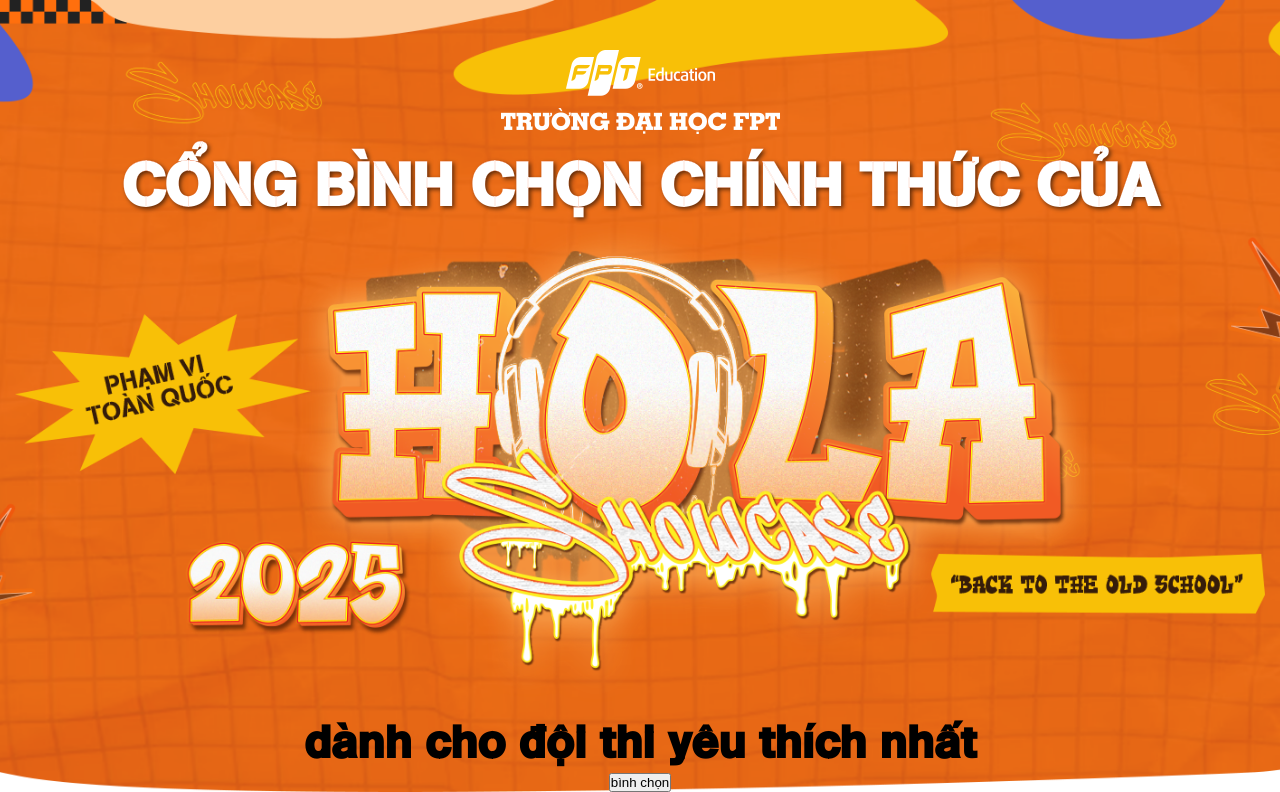
Repository: dinhtri123/hola_fpt
Page: index.html
An editor plug-in stored every save of this project. The page is shown before and after the next save, followed by the edit.
The browser window is 1280 px wide. The pictures show the whole page.

Above is the page before, as saved 2025-01-03 15:16:16.

After the next save:
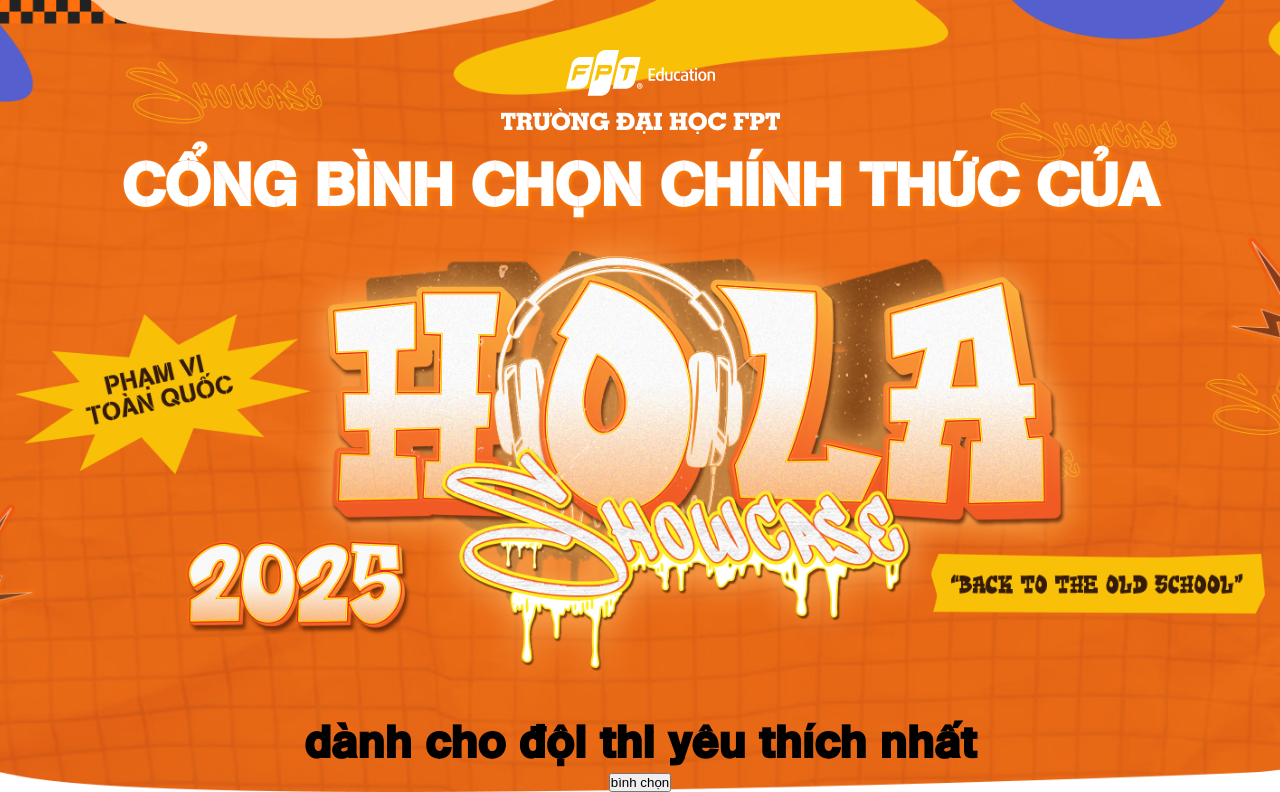
Saved 30 s later.
--- a/styles.css
+++ b/styles.css
@@ -59,7 +59,7 @@
   font-weight: 800;
   color: var(--cl-white);
   -webkit-text-stroke: 0.1px #f46c39;
-  text-shadow: 2px 2px 4px rgba(0, 0, 0, 0.6);
+  text-shadow: 2px 2px 4px #ff7f02;
 }
 .intro-title-small {
   font-size: 45px;
